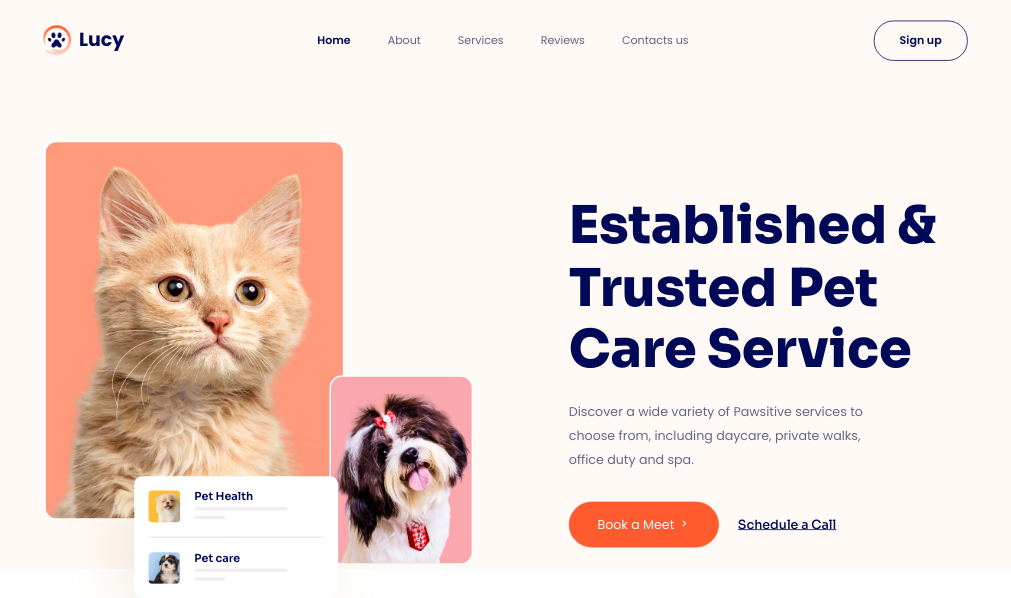
Repository: Cuongquaidan/F8projeact-04
Page: index.html
The author's editor kept a copy of each file at every save. The page is drawn from the files as they stood at one save, then again after the next save.
The browser window is 1280 px wide. The pictures show the whole page, at 79% of full size.

Above is the page before, as saved 2023-04-15 11:08:25.

After the next save:
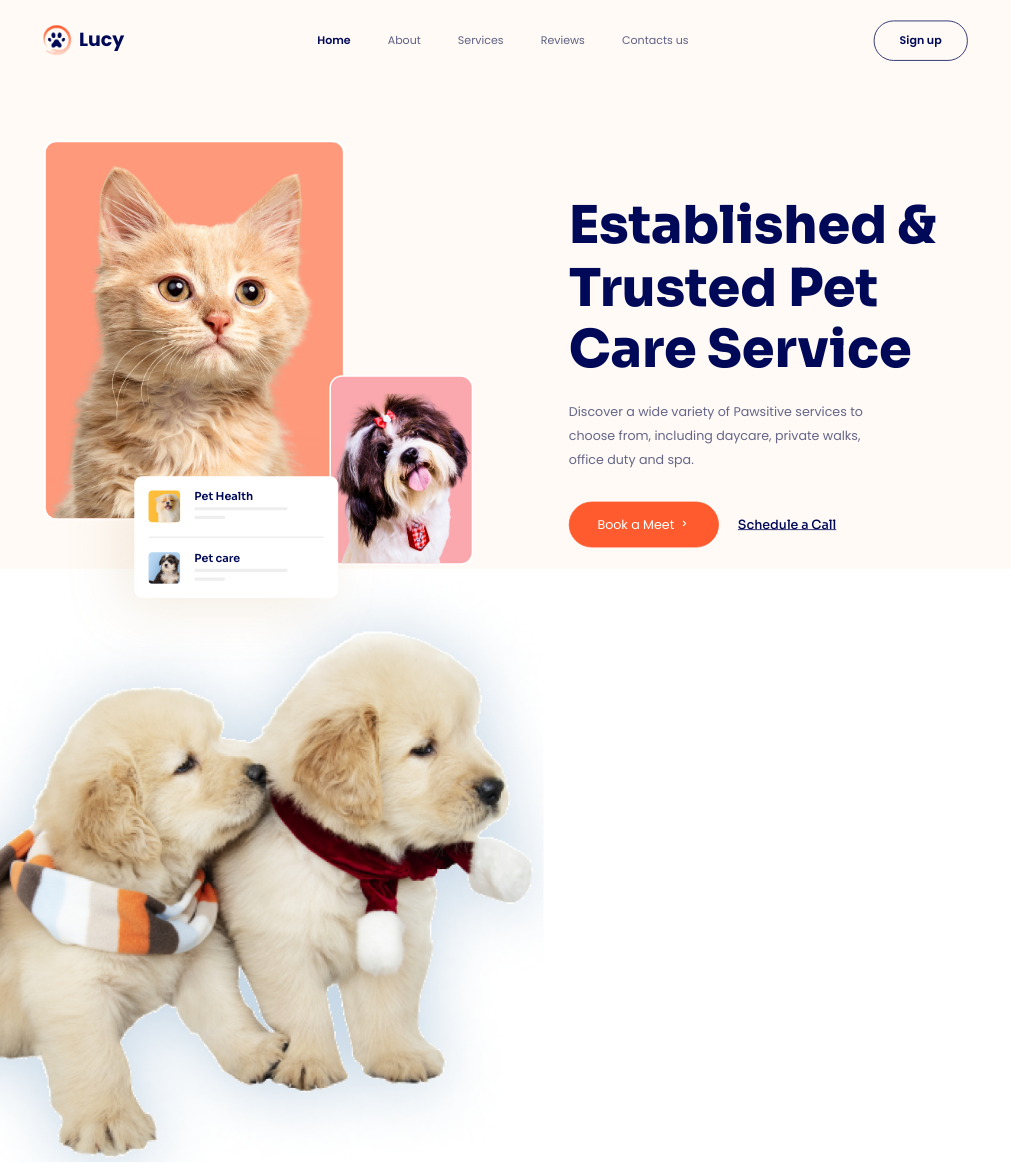
Saved 25 min 26 s later.
--- a/index.html
+++ b/index.html
@@ -121,6 +121,14 @@
                 </div>
             </div>
         </div>
+        <div class="about">
+            <div class="about__media">
+                <img src="./asset/img/image 57.png" alt="pets">
+            </div>
+            <div class="about__contents">
+
+            </div>
+        </div>
         <script src="./app.js"></script>
     </body>
 </html>
